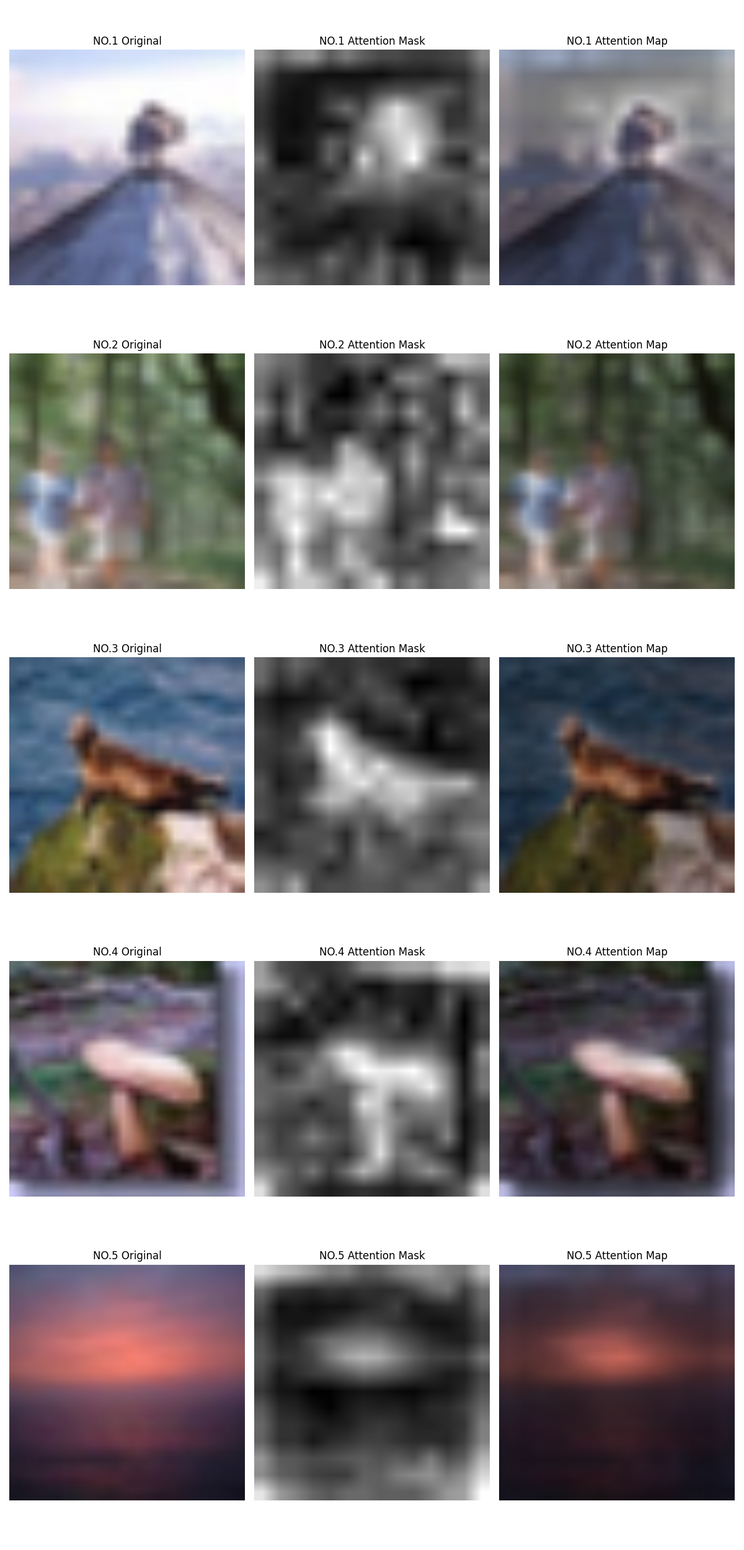
Repository: ginnux/vit
Script's output: python figure/visual.py
An editor plug-in stored every save of this project. The script's output is shown before and after the next save, followed by the edit.
The pictures are shown at 62% of full size.
Random numbers start from a fixed seed. It also reads figure/visualize.pkl.

Above is the script's output before, as saved 2024-06-24 22:39:20.

### figure/visual.py
import pickle
import numpy as np
import matplotlib.pyplot as plt

# Load data
with open("figure/visualize.pkl", "rb") as f:
    data = pickle.load(f)

# Plot
im_list, mask_list, result_list = data

plt.rcParams["font.size"] = 10
plt.rcParams["font.family"] = "Times New Roman"
num = len(im_list)

plt.figure(figsize=(12, 5 * num))

for i in range(num):
    im = im_list[i]
    mask = mask_list[i]
    result = result_list[i]

    plt.subplot(num, 3, 3 * i + 1)
    plt.axis("off")
    plt.title(f"NO.{i+1} Original")
    plt.imshow(im)

    plt.subplot(num, 3, 3 * i + 2)
    plt.axis("off")
    plt.title(f"NO.{i+1} Attention Mask")
    plt.imshow(mask, cmap="gray")

    plt.subplot(num, 3, 3 * i + 3)
    plt.axis("off")
    plt.title(f"NO.{i+1} Attention Map")
    plt.imshow(result)

plt.tight_layout()
plt.show()

After the next save:
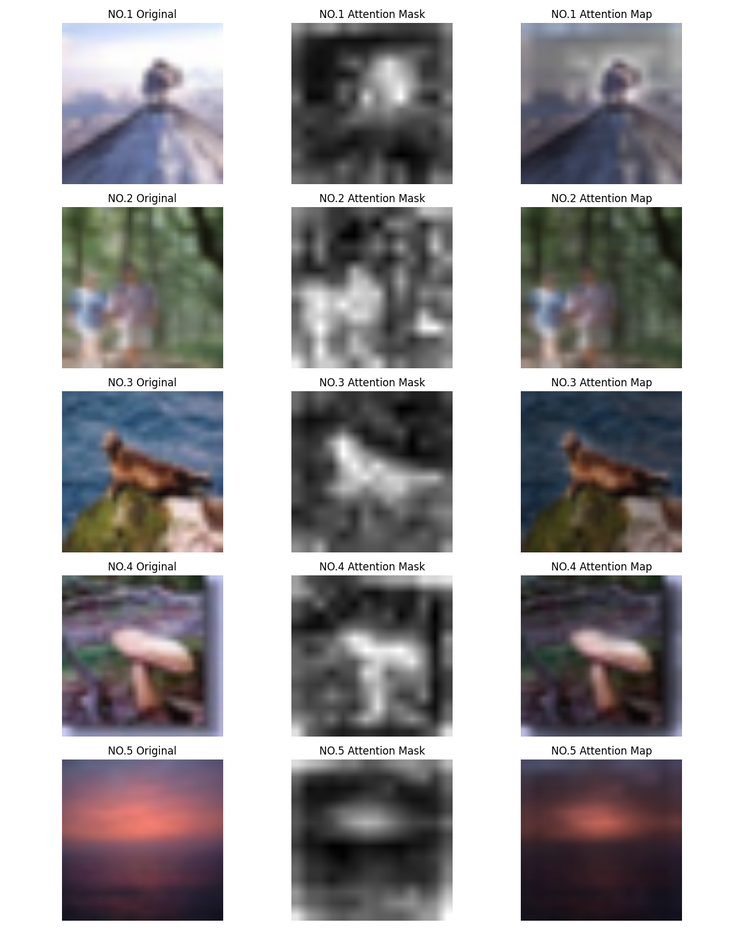
Saved 9 s later.
--- a/figure/visual.py
+++ b/figure/visual.py
@@ -13,7 +13,7 @@ plt.rcParams["font.size"] = 10
 plt.rcParams["font.family"] = "Times New Roman"
 num = len(im_list)
 
-plt.figure(figsize=(12, 5 * num))
+plt.figure(figsize=(12, 3 * num))
 
 for i in range(num):
     im = im_list[i]
